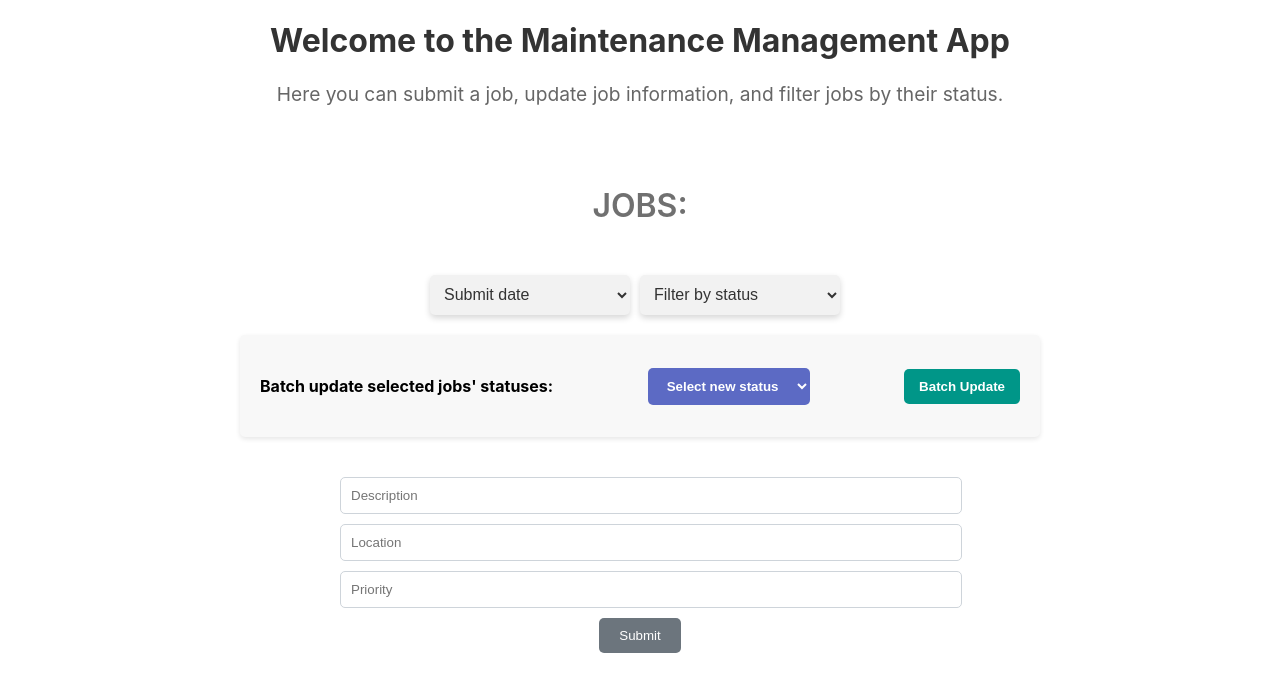
Repository: mikasteyn999/Maintenance-Manager-App
Page: / (app in frontend/)
These files come from the project's save history. The page is drawn as it stood at one moment and after the next save; the edit follows.
The browser window is 1280 px wide. The pictures show the whole page.
The page's requests for data from a server got no answer. The project was rebuilt for these pictures with package versions that can differ from the ones it lists, and the page was loaded fresh each time. No one was signed in, and anything a server would have sent is missing. Also part of the build but not shown: frontend/src/style/Job.css, frontend/src/components/Job.js, frontend/src/style/JobUpdateForm.css, frontend/src/components/JobUpdateForm.js.

Above is the page before, as saved 2023-06-02 15:40:01.

After the next save:
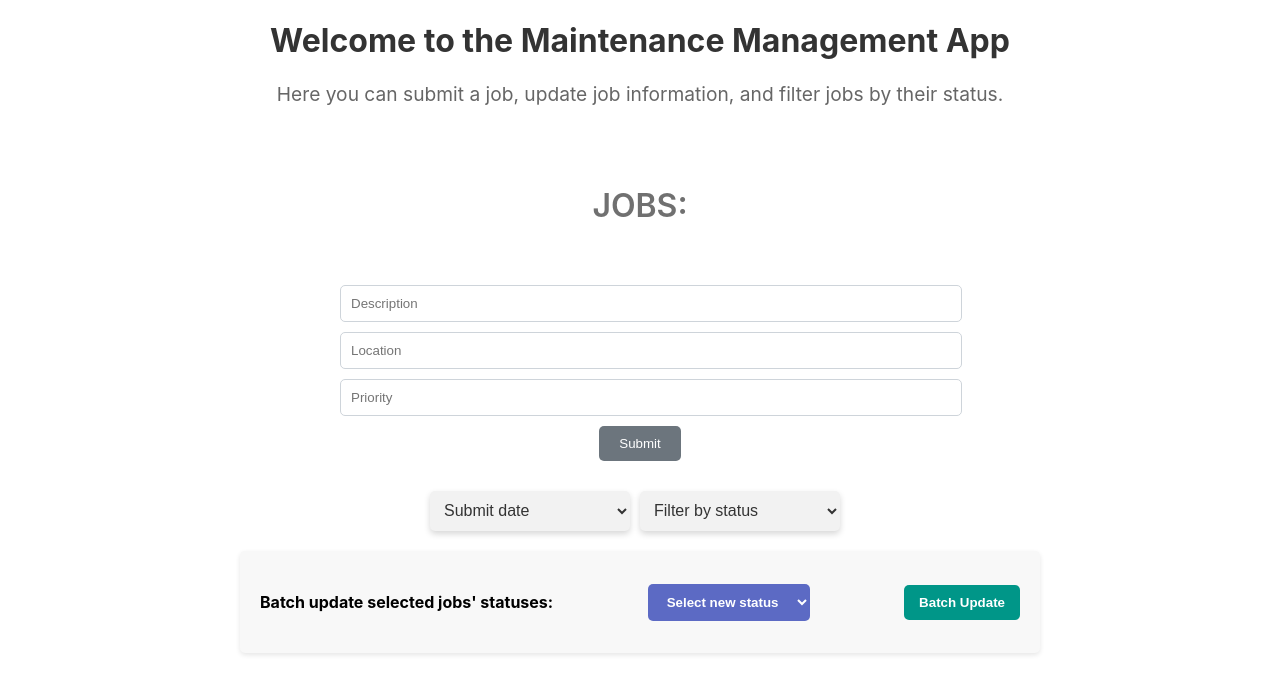
Saved 25 s later.
--- a/frontend/src/components/JobsList.js
+++ b/frontend/src/components/JobsList.js
@@ -96,6 +96,9 @@ const JobsList = () => {
       <div className='jobs-list'>
         <div className='jobs-header'>JOBS:</div>
 
+        {/* Add JobForm here */}
+        <JobForm addNewJob={addNewJob} />
+
         {/* Add sort order dropdown */}
         <select className='select-sort' value={sortOrder} onChange={handleSortChange}>
           <option value="">Sort by</option>
@@ -127,9 +130,6 @@ const JobsList = () => {
         {jobs.map((job) => (
           <Job key={job._id} job={job} handleArchive={handleArchive} selectedJobs={selectedJobs} setSelectedJobs={setSelectedJobs} />
         ))}
-
-        {/* Add JobForm here */}
-        <JobForm addNewJob={addNewJob} />
       </div>
     );
 };
